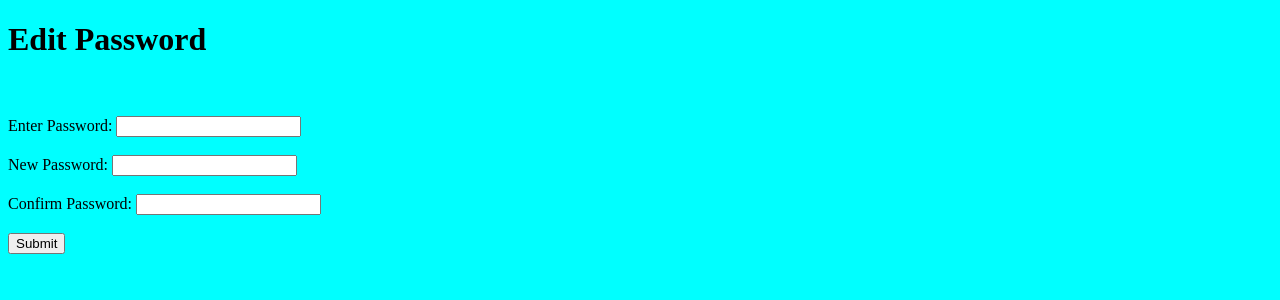
Repository: laikrish/day10
Page: http://localhost/BankApp/updatepassword.jsp
These files come from the project's save history. The page is drawn as it stood at one moment and after the next save; the edit follows.
The browser window is 1280 px wide. The pictures show the whole page.
The page is served by Tomcat 9. Other server files are loaded and not shown.

Above is the page before, as saved 2018-09-15 11:11:20.

### BankApp/WebContent/updatepassword.jsp
<%@ page language="java" contentType="text/html; charset=ISO-8859-1"
    pageEncoding="ISO-8859-1"%>
<!DOCTYPE html>
<html>
<head>
<meta charset="ISO-8859-1">
<title>Insert title here</title>
</head>
<body bgcolor="cyan">
<h1>Edit Password</h1>
<form action="updatePassword" method="post">
	<br><br>
	<label> Enter Password: </label>
		<input type="password"  name="oldPassword" required/>
		<br> <br>
		<label> New Password: </label>
		<input type="password"  name="newPasssword" required/>
		<br> <br>
		<label> Confirm Password: </label>
		<input type="password"  name="newPassword" required/>
		<br> <br>
	<input type="submit" />
	</form>
</body>
</html>

After the next save:
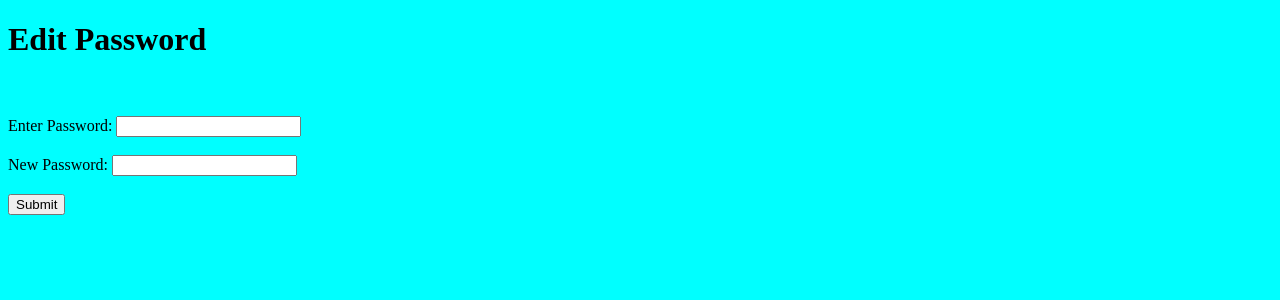
Saved 40 s later.
--- a/BankApp/WebContent/updatepassword.jsp
+++ b/BankApp/WebContent/updatepassword.jsp
@@ -16,9 +16,9 @@
 		<label> New Password: </label>
 		<input type="password"  name="newPasssword" required/>
 		<br> <br>
-		<label> Confirm Password: </label>
+		<!-- <label> Confirm Password: </label>
 		<input type="password"  name="newPassword" required/>
-		<br> <br>
+		<br> <br> -->
 	<input type="submit" />
 	</form>
 </body>
